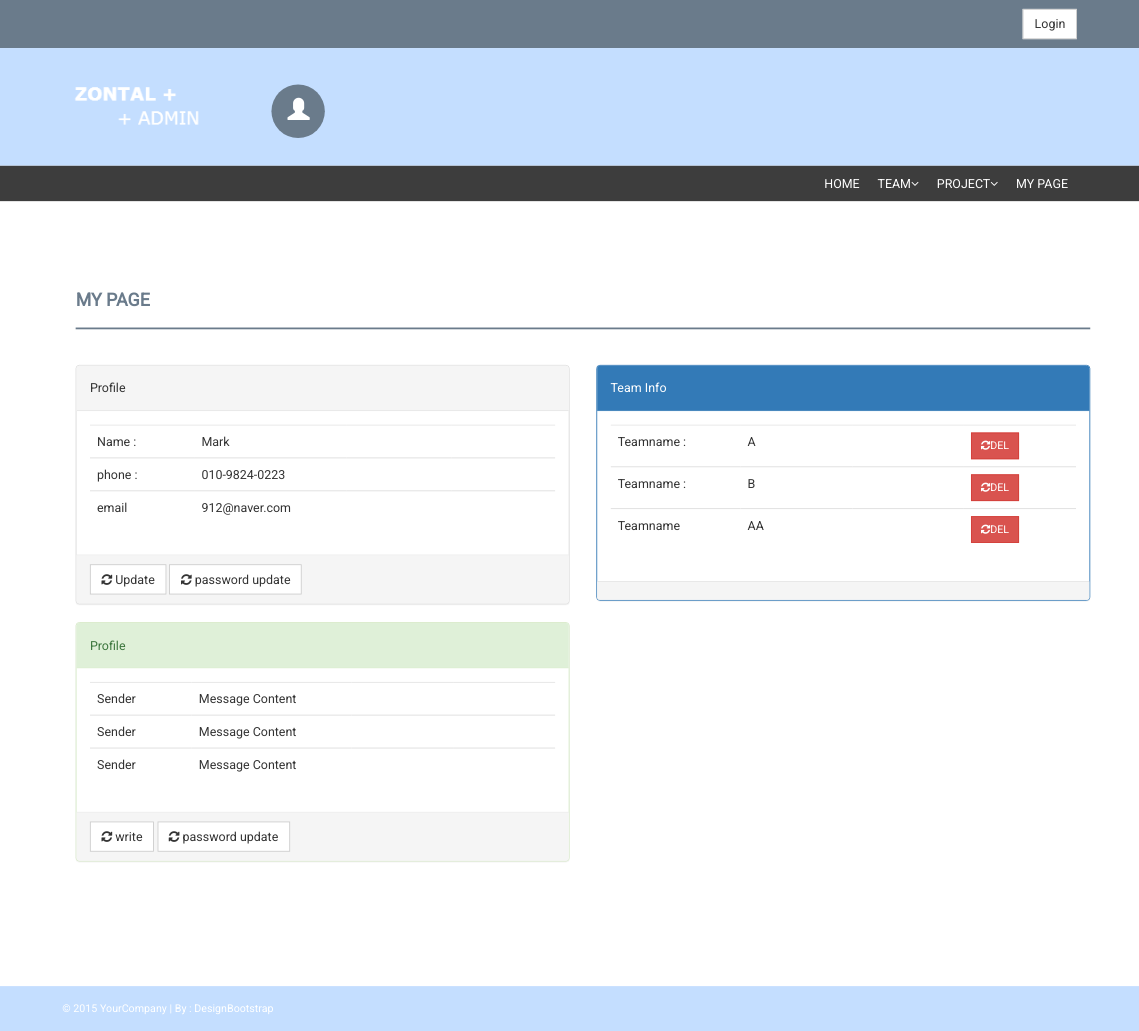
Repository: hwju91/skuniv
Page: http://localhost/0903.2/WEB-INF/jsp/mypage.jsp
These files come from the project's save history. The page is drawn as it stood at one moment and after the next save; the edit follows.
The browser window is 1280 px wide. The pictures show the whole page, at 89% of full size.
The page is served by Tomcat 9. Nobody is signed in. Other server files are loaded and not shown. The template is opened directly, without the code that normally fills it, so the values that code supplies are empty.

Above is the page before, as saved 2016-09-06 10:35:39.

### 0903.2/WebContent/WEB-INF/jsp/mypage.jsp
<%@ page language="java" contentType="text/html; charset=UTF-8"
	pageEncoding="UTF-8"%>
<jsp:include page="header_index.jsp" />
<jsp:include page="nav.jsp" />
<jsp:include page="menu_mypage.jsp" />


 <div class="content-wrapper">
            <div class="container">

            <div class="row">
				<div class="col-md-12">
					<h1 class="page-head-line">My page</h1>
				</div>
			</div>


			 <div class="row">
                <div class="col-md-6 col-sm-6">
                    <div class="panel panel-default">
                        <div class="panel-heading">
                            Profile
                        </div>
                        <div class="panel-body">
                            <div class="table-responsive">
                                <table class="table">
                                    <thead>
                                        <!-- <tr>
                                            <th>#</th>
                                            <th>First Name</th>
                                            <th>Last Name</th>
                                            <th>Username</th>
                                        </tr> -->
                                    </thead>
                                    <tbody>
                                        <tr>
                                            <td>Name :</td>
                                            <td>Mark</td>
                                            <td> </td>
                                            <td> </td>
                                        </tr>
                                        <tr>
                                            <td>phone : </td>
                                            <td>010-9824-0223</td>
                                            <td></td>
                                            <td></td>
                                        </tr>
                                        <tr>
                                            <td>email</td>
                                            <td>912@naver.com</td>
                                            <td></td>
                                            <td></td>
                                        </tr>

                                    </tbody>
                                </table>
                            </div>
                        </div>


                        <div class="panel-footer">
                            <a href="#" class="btn btn-default"><i class=" fa fa-refresh "></i> Update</a>
                            <a href="#" class="btn btn-default"><i class=" fa fa-refresh "></i> password update</a>
                        </div>
                    </div>

                </div>
                <div class="col-md-6 col-sm-6">
                    <div class="panel panel-primary">
                        <div class="panel-heading">
                            	Team Info
                        </div>
                         <div class="panel-body">
                            <div class="table-responsive">
                                <table class="table">
                                    <thead>
                                        <!-- <tr>
                                            <th>#</th>
                                            <th>First Name</th>
                                            <th>Last Name</th>
                                            <th>Username</th>
                                        </tr> -->
                                    </thead>
                                    <tbody>
                                        <tr>
                                            <td>Teamname :</td>
                                            <td>A</td>
                                            <td> </td>
                                            <td>  <a href="#" class="btn btn-danger btn-sm"><i class=" fa fa-refresh "></i>DEL</a></td>
                                        </tr>
                                        <tr>
                                            <td>Teamname : </td>
                                            <td>B</td>
                                            <td></td>
                                            <td><a href="#" class="btn btn-danger btn-sm"><i class=" fa fa-refresh "></i>DEL</a></td>
                                        </tr>
                                        <tr>
                                            <td>Teamname</td>
                                            <td>AA</td>
                                            <td></td>
                                            <td><a href="#" class="btn btn-danger btn-sm"><i class=" fa fa-refresh "></i>DEL</a></td>
                                        </tr>

                                    </tbody>
                                </table>
                            </div>
                        </div>
                        <div class="panel-footer">
                        </div>
                    </div>
                </div>
                </div>


                <div class="row">
                <div class="col-md-6 col-sm-6">
                    <div class="panel panel-success">
                        <div class="panel-heading">
                            Profile
                        </div>
                        <div class="panel-body">
                            <div class="table-responsive">
                                <table class="table">
                                    <thead>
                                        <!-- <tr>
                                            <th>#</th>
                                            <th>First Name</th>
                                            <th>Last Name</th>
                                            <th>Username</th>
                                        </tr> -->
                                    </thead>
                                    <tbody>
                                        <tr>
                                            <td>Sender</td>
                                            <td>Message Content</td>
                                            <td> </td>
                                            <td> </td>
                                        </tr>
                                        <tr>
                                           <td>Sender</td>
                                            <td>Message Content</td>
                                            <td> </td>
                                            <td> </td>
                                        </tr>
                                        <tr>
                                            <td>Sender</td>
                                            <td>Message Content</td>
                                            <td> </td>
                                            <td> </td>
                                        </tr>

                                    </tbody>
                                </table>
                            </div>
                        </div>


                        <div class="panel-footer">
                            <a href="#" class="btn btn-default"><i class=" fa fa-refresh "></i> write</a>
                            <a href="#" class="btn btn-default"><i class=" fa fa-refresh "></i> password update</a>
                        </div>
                    </div>

                </div>

             </div>

        </div><!-- container end -->
    </div><!-- content-wrapper  -->



<jsp:include page="footer.jsp" />

### 0903.2/WebContent/WEB-INF/jsp/header_index.jsp
<%@ page language="java" contentType="text/html; charset=UTF-8"
    pageEncoding="UTF-8"%>
<!DOCTYPE html PUBLIC "-//W3C//DTD HTML 4.01 Transitional//EN" "http://www.w3.org/TR/html4/loose.dtd">
<html>
<head>
    <title>Winder</title>

    <link href="css/bootstrap.css" rel="stylesheet" />
    <link href="css/font-awesome.css" rel="stylesheet" />
    <link href="css/style.css" rel="stylesheet" />

	<style>
		.carousel-inner > .item > img,
		.carousel-inner > .item > a > img {
	      width: 90%;
	      height: 500px;
	      margin: auto;
	    }
	</style>

</head>
</head>

### 0903.2/WebContent/WEB-INF/jsp/nav.jsp
<%@ page language="java" contentType="text/html; charset=UTF-8"
    pageEncoding="UTF-8"%>
<body>
    <header>
        <div class="container">
            <div class="row">
                <div class="col-md-12">
                    <!-- <strong>Email: </strong>info@yourdomain.com
                    &nbsp;&nbsp;
                    <strong>Support: </strong>+90-897-678-44 -->
                    <%
                    if("loginok".equals((String)session.getAttribute("loginchk"))){
                    	%>
                    	<a class="btn btn-default" href="logout">Logout</a>
                    <%}
                    else{
                    %>
                    	<a class="btn btn-default" href="login">Login</a>
                    <% }%>

                </div>

            </div>
        </div>
    </header>
    <!-- HEADER END-->
    <div class="navbar navbar-inverse set-radius-zero">
        <div class="container">
            <div class="navbar-header">
                <button type="button" class="navbar-toggle" data-toggle="collapse" data-target=".navbar-collapse">
                    <span class="icon-bar"></span>
                    <span class="icon-bar"></span>
                    <span class="icon-bar"></span>
                </button>
                <a class="navbar-brand" href="index.html">
                    <img src="img/logo.png" />
                </a>

            </div>

            <div class="left-div">
                <div class="user-settings-wrapper">
                    <ul class="nav">

                        <li class="dropdown">
                            <a class="dropdown-toggle" data-toggle="dropdown" href="#" aria-expanded="false">
                                <span class="glyphicon glyphicon-user" style="font-size: 25px;"></span>
                            </a>
                            <div class="dropdown-menu dropdown-settings" style="color: #fff">
                                <div class="media">
                                    <a class="media-left" href="#">
                                        <img src="img/64-64.jpg" alt="" class="img-rounded" />
                                    </a>
                                    <div class="media-body">
                                        <h4 class="media-heading">Jhon Deo Alex </h4>
                                        <h5>Developer & Designer</h5>

                                    </div>
                                </div>
                                <hr />
                                <h5><strong>Personal Bio : </strong></h5>
                                Anim pariatur cliche reprehen derit.
                                <hr />
                                <a href="#" class="btn btn-info btn-sm">Full Profile</a>&nbsp; <a href="login.html" class="btn btn-danger btn-sm">Logout</a>

                            </div>
                        </li>


                    </ul>
                </div>
            </div>
        </div>
    </div>
    <!-- LOGO HEADER END-->

### 0903.2/WebContent/WEB-INF/jsp/menu_mypage.jsp
<%@ page language="java" contentType="text/html; charset=UTF-8"
    pageEncoding="UTF-8"%>
<%@taglib prefix="c"  uri="http://java.sun.com/jsp/jstl/core" %>
<section class="menu-section">
        <div class="container">
            <div class="row">
                <div class="col-md-12">
                    <div class="navbar-collapse collapse ">
                        <ul id="menu-top" class="nav navbar-nav navbar-right">
                            <li><a class="menu-top" href="home">Home</a></li>
                            <li class="dropdown">
                                <a href="#" class="dropdown-toggle" data-toggle="dropdown">Team<i class="fa fa-angle-down"></i></a>
                                <ul class="dropdown-menu">
                                    <li><a href="teamCreateform">팀 생성</a></li>
                                    <c:forEach items="${teammenu }" var="tmenu">
                                    <li><a href="projectlist?tno=${tmenu.tno }">${tmenu.name }</a></li>
                                    </c:forEach>
                                </ul>
                            </li>
                            <li class="dropdown">
                                <a href="#" class="dropdown-toggle" data-toggle="dropdown">Project<i class="fa fa-angle-down"></i></a>
                                <ul class="dropdown-menu">
                                    <li><a href="projectform">프로젝트 생성</a></li>
                                    <c:forEach items="${projectmenu }" var="pmenu">
                                    <li><a href="projectmain?pno=${pmenu.pno }">${pmenu.name }</a></li>
                                    </c:forEach>
                                </ul>
                            </li>
                             <li><a class="menu-top" href="mypage">My Page</a></li>

                        </ul>
                    </div>
                </div>

            </div>
        </div>
    </section>
    <!-- MENU SECTION END-->
    <div class="content-wrapper">
        <div class="container">

### 0903.2/WebContent/WEB-INF/jsp/footer.jsp
<%@ page language="java" contentType="text/html; charset=UTF-8"
    pageEncoding="UTF-8"%>
 </div>
    </div>
    <!-- CONTENT-WRAPPER SECTION END-->
    <footer>
        <div class="container">
            <div class="row">
                <div class="col-md-12">
                    &copy; 2015 YourCompany | By : <a href="http://www.designbootstrap.com/" target="_blank">DesignBootstrap</a>
                </div>

            </div>
        </div>
    </footer>
    <!-- script -->
<script src="js/jquery-2.2.3.min.js"></script>
<script src="js/bootstrap.js"></script>
</body>
</html>

### 0903.2/WebContent/css/style.css

/*=============================================================
    Authour URL: www.designbootstrap.com

    http://www.designbootstrap.com/

    License: MIT

    http://opensource.org/licenses/MIT

    100% Free To use For Personal And Commercial Use.

    IN EXCHANGE JUST TELL PEOPLE ABOUT THIS WEBSITE

========================================================  */


/* =============================================================
   GENERAL STYLES
 ============================================================ */

@import url(http://fonts.googleapis.com/css?family=Roboto); /* FREE GOOGLE FONT */

body {
    font-family: 'Roboto', sans-serif;
    line-height: 30px;
}

.set-radius-zero {
    border-radius: 0px;
    -moz-border-radius: 0px;
    -webkit-border-radius: 0px;
}

.content-wrapper {
    margin-top: 40px;
    min-height: 600px;
    padding-bottom: 60px;
}

.page-head-line {
    font-weight: 900;
    padding-bottom: 20px;
    border-bottom: 2px solid #6A7B8B;
    text-transform: uppercase;
    color: #6A7B8B;
    font-size: 20px;
    margin-bottom: 40px;
}

.btn {
    border-radius: 0px;
    -webkit-border-radius: 0px;
    -moz-border-radius: 0px;
}

.progress {
    height: 8px;
    border-radius: 0px;
    -webkit-border-radius: 0px;
    -moz-border-radius: 0px;
}
.login-icon {
    height: 60px;
width: 60px;
padding: 13px;
border-radius: 50%;
font-size: 30px;
margin-bottom: 20px;
color: #fff;
text-align: center;
cursor:pointer;
background-color:#6A7B8B;
-webkit-border-radius:50%;
    -moz-border-radius:50%;
}
/* =============================================================
   HEADER SECTION STYLES
 ============================================================ */
header {
    background-color: #6A7B8B;
    color: #fff;
    padding: 10px;
    text-align: right;
}


/* =============================================================
   LOGO SECTION STYLES
 ============================================================ */
.left-div {
    padding-left: 30px;
    margin-top: 40px;
    margin-bottom: 30px;
}

.navbar-brand {
    width: 250px;
    padding-top: 30px;
}

/* USER SETTINGS DIV */
.user-settings-wrapper .nav > li > a {
    position: relative;
    display: block;
    padding: 15px 18px;
    border-radius: 50%;
    -webkit-border-radius: 50%;
    -moz-border-radius: 50%;
    height: 60px;
    width: 60px;
    background-color: #6A7B8B;
    color: #fff;
}

.user-settings-wrapper {
    margin-top: 10px;
}

    .user-settings-wrapper li {
        display: inline-block;
    }

    .user-settings-wrapper .dropdown-settings {
        width: 200px;
        padding: 10px;
    }

    .user-settings-wrapper .nav > li > a:hover,.user-settings-wrapper .nav > li > a:focus {
        text-decoration: none;
        background-color: #C4DEFF!important;
    }

    .user-settings-wrapper img {
        height: 64px;
        width: 64px;
        border: 1px solid #000000;
    }

    .user-settings-wrapper .dropdown-menu {
        margin: 0px;
        border-radius: 0px!important;
        -moz-border-radius: 0px!important;
        -webkit-border-radius: 0px!important;
    }

    .user-settings-wrapper .btn {
        border-radius: 0px!important;
        -moz-border-radius: 0px!important;
        -webkit-border-radius: 0px!important;
    }

    .user-settings-wrapper .media-heading {
        padding-top: 10px;
    }

/* MENU LINKS SECTION*/

.menu-section {
    background-color: #3D3D3D;
}

#menu-top a {
    color: #FFF;
    text-decoration: none;
    font-weight: 500;
    padding: 10px 10px 10px 10px;
    text-transform: uppercase;
}

.menu-top-active {
    background-color: #C4DEFF;
}

.menu-section .nav > li > a:hover,.menu-section .nav > li > a:focus {
    background-color: #6A7B8B!important;
}

.menu-section .dropdown-menu > li > a:hover,.menu-section .dropdown-menu > li > a:focus {
    background-color: #6A7B8B!important;
}

.navbar-inverse {
    background-color: #C4DEFF;
    border-color: transparent;
}

.navbar-toggle {
    background-color: #6A7B8B;
    border: 1px solid #fff;
}

.navbar {
    margin-bottom: 0px;
}
/* =============================================================
   FOOTER SECTION STYLES
 ============================================================ */
footer {
    padding: 10px;
    color: #fff;
    font-size: 12px;
    background-color: #C4DEFF;
}

    footer a, footer a:hover {
        color: #fff;
        text-decoration: none;
    }

/*==============================================
    DASHBOARD  STYLES
 =============================================*/

/* DASHBOARD ICONS */

.bk-clr-one {
    background-color: #B9B739;
}

.bk-clr-two {
    background-color: #F94C4C;
}

.bk-clr-three {
    background-color: #119c7e;
}

.bk-clr-four {
    background-color: #b739b9;
}

.dashboard-div-icon {
    height: 75px;
    width: 75px;
    border: 2px solid #fff;
    padding: 20px;
    border-radius: 50%;
    -webkit-border-radius:50%;
    -moz-border-radius:50%;
    font-size: 30px;
    margin-bottom: 20px;
    color: #fff;
}

.dashboard-div-wrapper {
    border-radius: 5px;
    text-align: center;
    padding: 15px;
    color: #fff;
    margin-bottom: 50px;
}

    .dashboard-div-wrapper .progress {
        height: 2px;
    }

/* NOTICE BOARD */


.notice-board .panel {
    border-radius: 0px;
    -webkit-border-radius: 0px;
    -moz-border-radius: 0px;
}

.notice-board ul {
    padding-left: 0px;
    list-style: none;
}

.notice-board li {
    padding: 10px;
    border-bottom: 1px solid #E5E5E5;
}

    .notice-board li span {
        margin-right: 10px;
        border: 1px solid #DBDBDB;
        padding: 5px;
    }

    .notice-board li a, li a:hover {
        text-decoration: none;
        color: #000;
    }

/* SOCIAL BUTTONS */
.btn-social {
    color: white;
    opacity: 0.8;
}

    .btn-social:hover {
        color: white;
        opacity: 1;
        text-decoration: none;
    }

.btn-facebook {
    background-color: #3b5998;
}

.btn-twitter {
    background-color: #00aced;
}

.btn-linkedin {
    background-color: #0e76a8;
}

.btn-google {
    background-color: #c32f10;
}

Loaded but not shown: 0903.2/WebContent/css/bootstrap.css (library); 0903.2/WebContent/css/font-awesome.css (library); 0903.2/WebContent/js/jquery-2.2.3.min.js (library); 0903.2/WebContent/js/bootstrap.js (library)

After the next save:
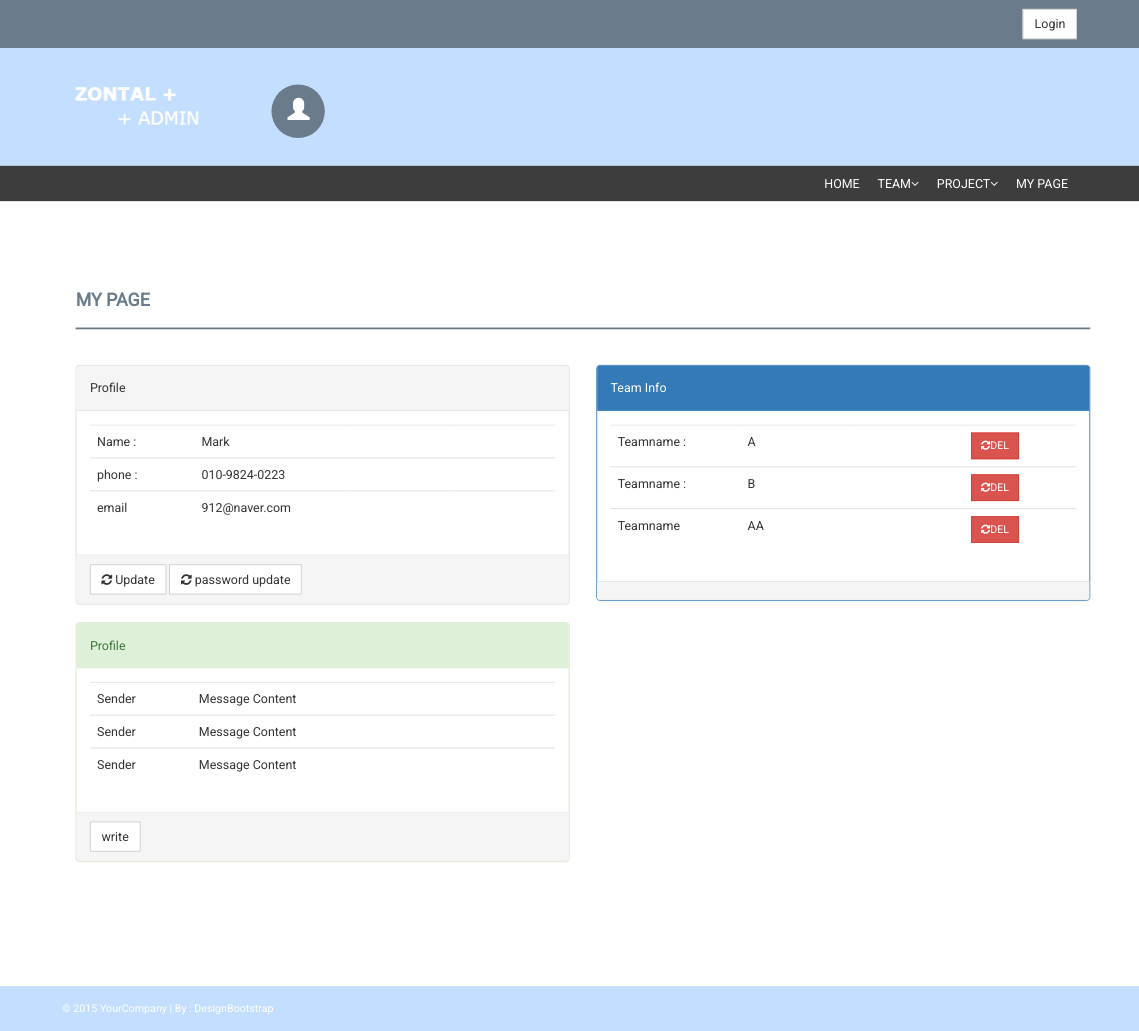
Saved 15 s later.
--- a/0903.2/WebContent/WEB-INF/jsp/mypage.jsp
+++ b/0903.2/WebContent/WEB-INF/jsp/mypage.jsp
@@ -156,8 +156,7 @@
 
 
                         <div class="panel-footer">
-                            <a href="#" class="btn btn-default"><i class=" fa fa-refresh "></i> write</a>
-                            <a href="#" class="btn btn-default"><i class=" fa fa-refresh "></i> password update</a>
+                            <a href="#" class="btn btn-default">write</a>
                         </div>
                     </div>
 
